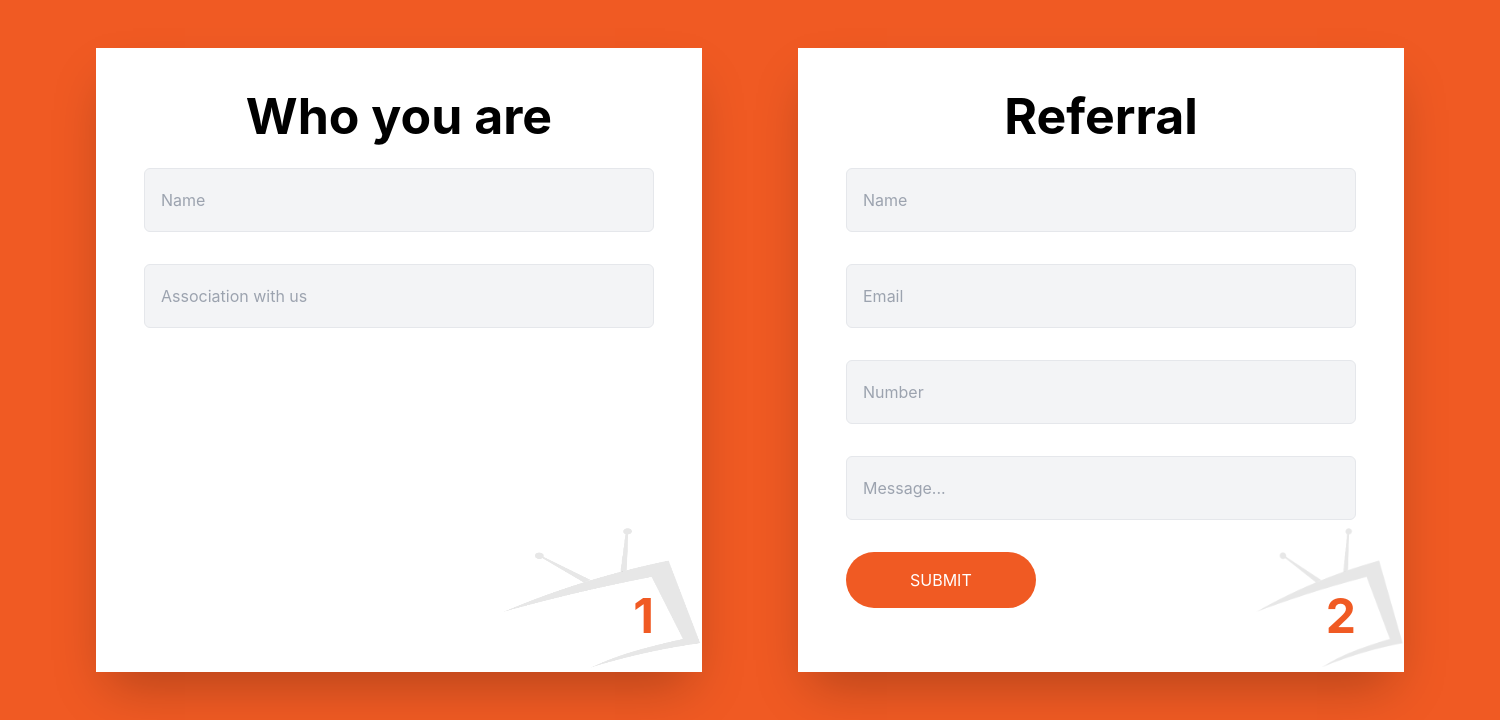
Repository: legenddev1202/whyclicktv
Page: /referrel
These files come from the project's save history. The page is drawn as it stood at one moment and after the next save; the edit follows.
The browser window is 1280 px wide. The page is 1500 px wide, so the pictures cover 1500 px, including what lies to the right of the window. The pictures show the whole page.
The project was rebuilt for these pictures with package versions that can differ from the ones it lists, and the page was loaded fresh each time. Also part of the build but not shown: src/App.css, src/pages/home.js, src/pages/about.js, src/pages/contact.js, src/pages/partners.js.

Above is the page before, as saved 2022-03-31 15:08:48.

### public/index.html
<!DOCTYPE html>
<html lang="en">
  <head>
    <meta charset="utf-8" />
    <link rel="icon" href="%PUBLIC_URL%/favicon.ico" />
    <meta name="viewport" content="width=device-width, initial-scale=1" />
    <meta name="theme-color" content="#000000" />
    <meta name="description" content="why-click" />
    <link rel="apple-touch-icon" href="%PUBLIC_URL%/favicon.ico" />
    <!--
      manifest.json provides metadata used when your web app is installed on a
      user's mobile device or desktop. See https://developers.google.com/web/fundamentals/web-app-manifest/
    -->
    <link rel="manifest" href="%PUBLIC_URL%/manifest.json" />
    <!--
      Notice the use of %PUBLIC_URL% in the tags above.
      It will be replaced with the URL of the `public` folder during the build.
      Only files inside the `public` folder can be referenced from the HTML.

      Unlike "/favicon.ico" or "favicon.ico", "%PUBLIC_URL%/favicon.ico" will
      work correctly both with client-side routing and a non-root public URL.
      Learn how to configure a non-root public URL by running `npm run build`.
    -->
    <title>WhyClick.tv</title>
  </head>
  <body>
    <noscript>WhyClick.tv</noscript>
    <div id="root"></div>
    <!--
      This HTML file is a template.
      If you open it directly in the browser, you will see an empty page.

      You can add webfonts, meta tags, or analytics to this file.
      The build step will place the bundled scripts into the <body> tag.

      To begin the development, run `npm start` or `yarn start`.
      To create a production bundle, use `npm run build` or `yarn build`.
    -->
  </body>
</html>

### src/index.css
@tailwind base;
@tailwind components;
@tailwind utilities;

body {
  margin: 0;
  font-family: -apple-system, BlinkMacSystemFont, "Segoe UI", "Roboto", "Oxygen",
    "Ubuntu", "Cantarell", "Fira Sans", "Droid Sans", "Helvetica Neue",
    sans-serif;
  -webkit-font-smoothing: antialiased;
  -moz-osx-font-smoothing: grayscale;
  height: 100%;
  min-height: 700px;
  min-width: 1500px;
}

code {
  font-family: source-code-pro, Menlo, Monaco, Consolas, "Courier New",
    monospace;
}

### src/App.js
import { Routes, Route, Link } from "react-router-dom";
import "./App.css";
import Home from "./pages/home";
import About from "./pages/about";
import Contact from "./pages/contact";
import Partners from "./pages/partners";
import Referral from "./pages/referral";

function App() {
  return (
    <Routes>
      <Route path="/" element={<Home />} />
      <Route path="about" element={<About />} />
      <Route path="contact" element={<Contact />} />
      <Route path="partners" element={<Partners />} />
      <Route path="referrel" element={<Referral />} />
    </Routes>
  );
}

export default App;

### src/pages/referral.js
import React from "react";
import { Routes, Route, Link } from "react-router-dom";

function Referral() {
  return (
    <div
      className="w-full"
      style={{ height: "100vh", backgroundColor: "#F05A23" }}
    >
      <div className="w-full p-12 flex h-full">
        <div className="w-1/2 p-12 mx-12 flex flex-col items-center bg-white h-11/12 relative shadow-2xl">
          <div className="text-4xl font-bold" style={{ fontSize: 50 }}>
            Who you are
          </div>
          <div className="w-full mt-8">
            <input
              className="w-full rounded-md h-16 border px-4 bg-gray-100"
              placeholder="Name"
            ></input>
            <div className="w-full mt-8">
              <input
                className="w-full rounded-md h-16 border px-4 bg-gray-100"
                placeholder="Association with us"
              ></input>
            </div>
          </div>
          <img
            className="logo-icon h-36 absolute bottom-0 right-0"
            src="assets/images/logos/tv-logo.png"
            width={203}
            height={192}
            alt="logo"
          />
          <div
            className="text-5xl font-bold absolute bottom-8 right-12"
            style={{ color: "#F05A23" }}
          >
            1
          </div>
        </div>
        <div className="w-1/2 p-12 mx-12 flex flex-col items-center bg-white h-11/12 relative shadow-2xl">
          <div className="text-4xl font-bold" style={{ fontSize: 50 }}>
            Referral
          </div>
          <div className="w-full mt-8">
            <input
              className="w-full rounded-md h-16 border px-4 bg-gray-100"
              placeholder="Name"
            ></input>
            <div className="w-full mt-8">
              <input
                className="w-full rounded-md h-16 border px-4 bg-gray-100"
                placeholder="Email"
              ></input>
            </div>
            <div className="w-full mt-8">
              <input
                className="w-full rounded-md h-16 border px-4 bg-gray-100"
                placeholder="Number"
              ></input>
            </div>
            <div className="w-full mt-8">
              <input
                className="w-full rounded-md h-16 border px-4 bg-gray-100"
                placeholder="Message..."
              ></input>
            </div>
          </div>
          <div className="self-start mt-8">
            <button
              className="p-4 rounded-full px-16"
              style={{ backgroundColor: "#F05A23", color: "white" }}
            >
              SUBMIT
            </button>
          </div>
          <img
            className="logo-icon h-36 absolute bottom-0 right-0"
            src="assets/images/logos/tv-logo.png"
            alt="logo"
          />
          <div
            className="text-5xl font-bold absolute bottom-8 right-12"
            style={{ color: "#F05A23" }}
          >
            2
          </div>
        </div>
      </div>
    </div>
  );
}

export default Referral;

Loaded but not shown: src/index.js (common file); src/reportWebVitals.js (common file); tailwind.config.js (common file)

After the next save:
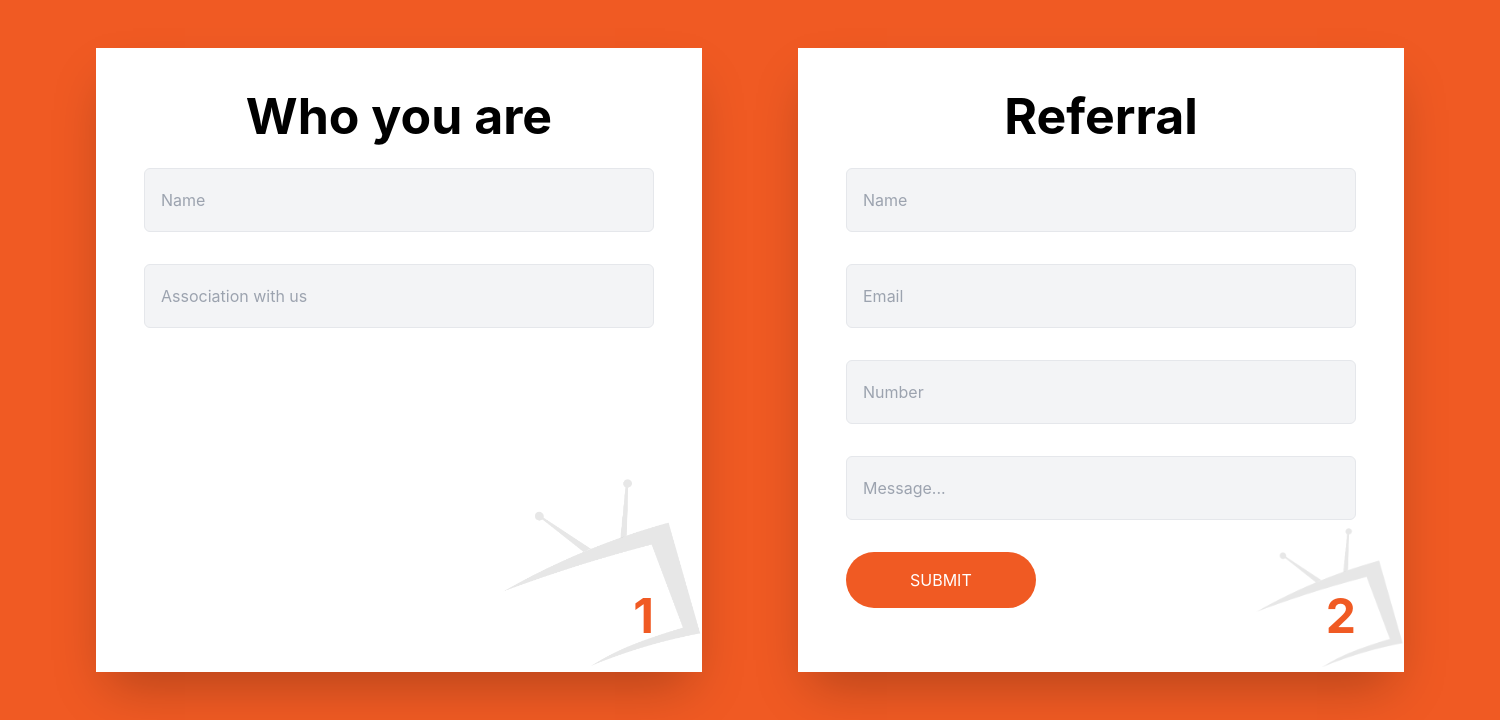
Saved 8 s later.
--- a/src/pages/referral.js
+++ b/src/pages/referral.js
@@ -25,7 +25,7 @@ function Referral() {
             </div>
           </div>
           <img
-            className="logo-icon h-36 absolute bottom-0 right-0"
+            className="logo-icon absolute bottom-0 right-0"
             src="assets/images/logos/tv-logo.png"
             width={203}
             height={192}
